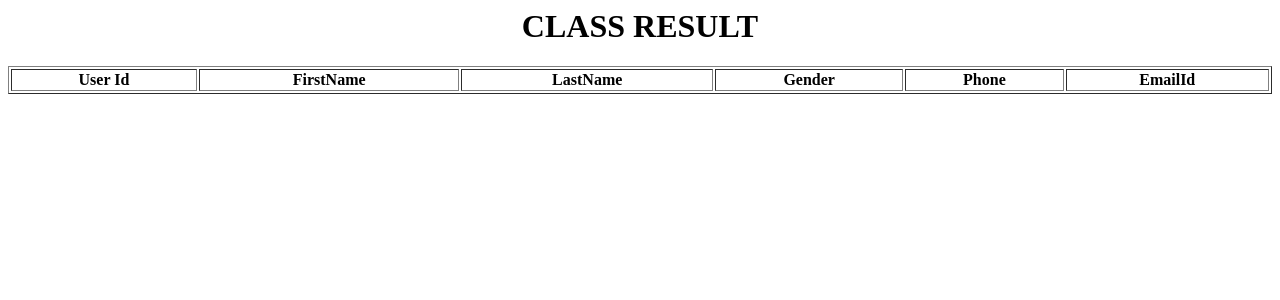
Repository: MriOj/OnlineExamPortal
Page: http://localhost/ExamPortal/classresults.jsp
An editor plug-in stored every save of this project. The page is shown before and after the next save, followed by the edit.
The browser window is 1280 px wide. The pictures show the whole page.
The page is served by Tomcat 9. Other server files are loaded and not shown. Queries for data that is not in the repository find no rows.

Above is the page before, as saved 2021-09-07 11:33:13.

### ExamPortal/src/main/webapp/classresults.jsp
<%@ page import="java.sql.*" %>
<% Class.forName("com.mysql.cj.jdbc.Driver");; %>
<HTML>
       <HEAD>
       <TITLE>Class Results </TITLE>
       </HEAD>
       <BODY>
       <H1 style="text-align:center"> CLASS RESULT </H1>
       <%
       Connection con1 =DriverManager.getConnection("jdbc:mysql://127.0.0.1:3306/examportal","root","Ria@1234");
           Statement statement = con1.createStatement() ;
          ResultSet stud = statement.executeQuery("select * from student") ;

       %>
      <TABLE BORDER="1" style="width:100%">
      <TR>
      <TH>User Id </TH>
      <TH>FirstName</TH>
      <TH>LastName</TH>
      <TH>Gender</TH>
      <TH>Phone</TH>
      <TH>EmailId</TH>

      </TR>
      <% while(stud.next()){ %>
      <TR>
       <TD> <%= stud.getInt(1) %></td>
       <TD> <%= stud.getString(4) %></TD>
       <TD> <%= stud.getString(6) %></TD>
       <TD> <%= stud.getString(5) %></TD>
       <TD> <%= stud.getInt(8) %></TD>
       <TD> <%= stud.getString(3) %></TD>
      </TR>
      <% } %>
     </TABLE>
     </BODY>
</HTML>

After the next save:
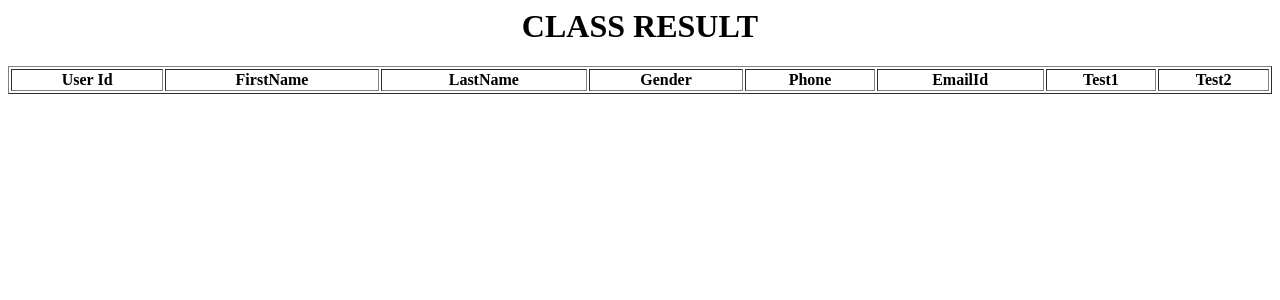
Saved 30 s later.
--- a/ExamPortal/src/main/webapp/classresults.jsp
+++ b/ExamPortal/src/main/webapp/classresults.jsp
@@ -20,6 +20,8 @@
       <TH>Gender</TH>
       <TH>Phone</TH>
       <TH>EmailId</TH>
+      <TH>Test1</TH>
+      <TH>Test2</TH>
 
       </TR>
       <% while(stud.next()){ %>
